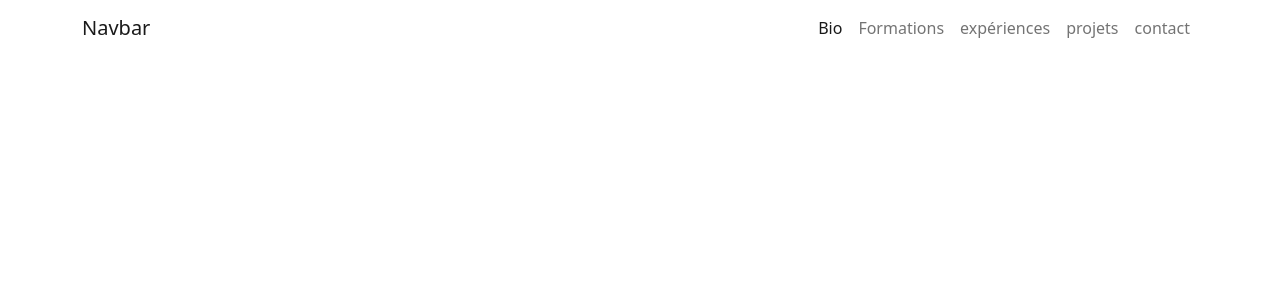
Repository: ypiard85/port-folio-bootstrap-yoann-2021
Page: index.html
An editor plug-in stored every save of this project. The page is shown before and after the next save, followed by the edit.
The browser window is 1280 px wide. The pictures show the whole page.

Above is the page before, as saved 2021-03-09 12:07:35.

After the next save:
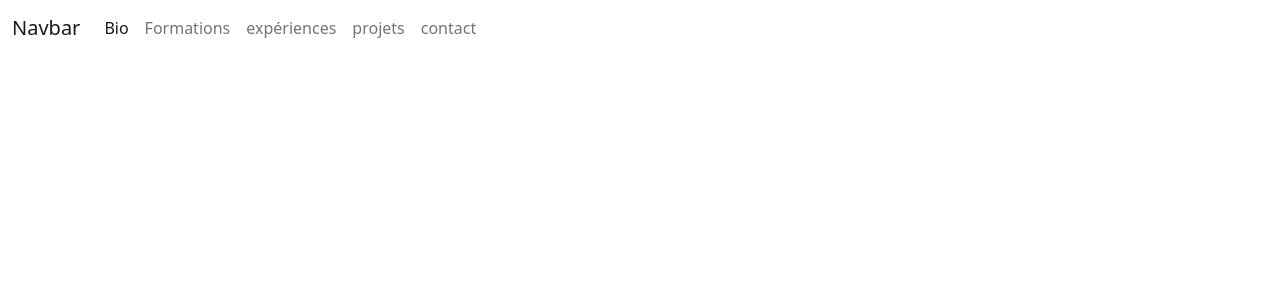
Saved 37 s later.
--- a/index.html
+++ b/index.html
@@ -11,7 +11,7 @@
 </head>
 <body>
 
-        <nav class="navbar navbar-expand-lg navbar-light">
+        <nav class="navbar position-fixed navbar-expand-lg navbar-light">
             <div class="container">
               <a class="navbar-brand" href="#">Navbar</a>
               <button class="navbar-toggler" type="button" data-bs-toggle="collapse" data-bs-target="#navbarNav" aria-controls="navbarNav" aria-expanded="false" aria-label="Toggle navigation">

After the 2 saves that followed:
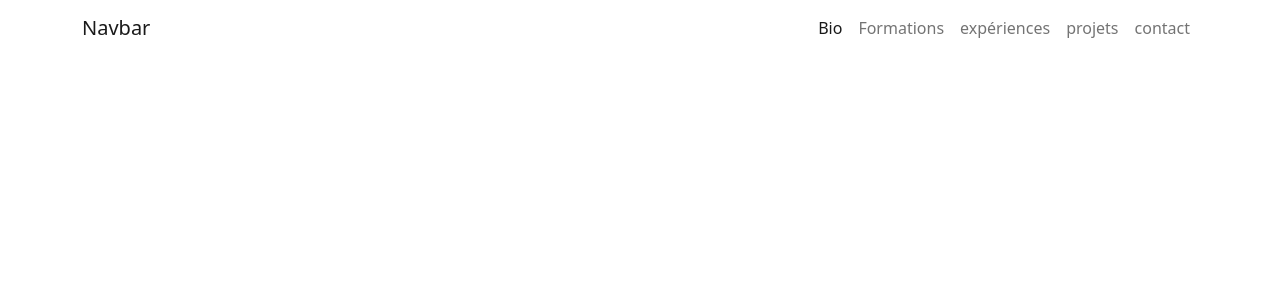
The 2 saves are shown as one change because they came seconds apart.
The last was saved 8 s later.
--- a/index.html
+++ b/index.html
@@ -11,7 +11,7 @@
 </head>
 <body>
 
-        <nav class="navbar position-fixed navbar-expand-lg navbar-light">
+        <nav class="navbar position-fixed w-100 navbar-expand-lg navbar-light">
             <div class="container">
               <a class="navbar-brand" href="#">Navbar</a>
               <button class="navbar-toggler" type="button" data-bs-toggle="collapse" data-bs-target="#navbarNav" aria-controls="navbarNav" aria-expanded="false" aria-label="Toggle navigation">
